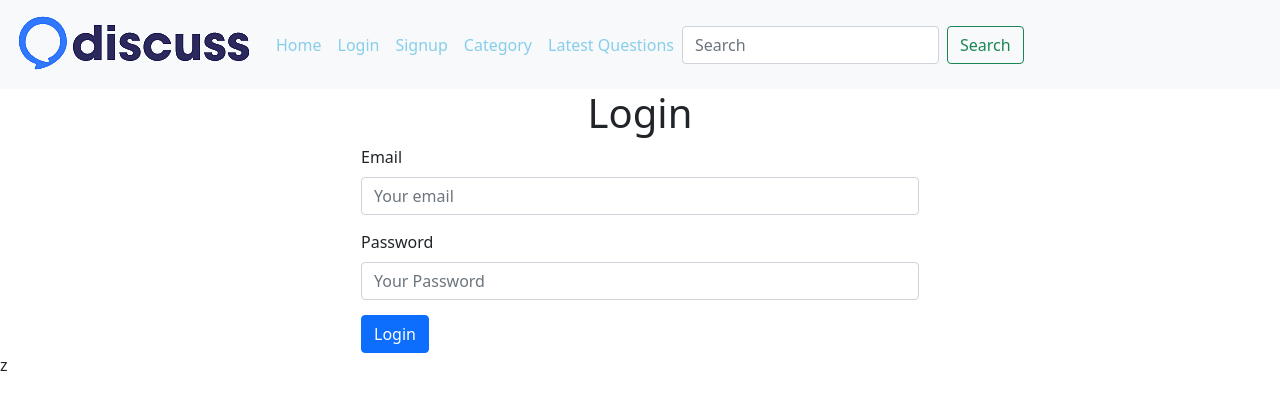
Repository: zeeShanizeeshan/php-project
Page: http://localhost/?login=true
The author's editor kept a copy of each file at every save. The page is drawn from the files as they stood at one save, then again after the next save.
The browser window is 1280 px wide. The pictures show the whole page.
The page is run by PHP 8.4 with error messages shown; the project is at /var/www/html/.

Above is the page before, as saved 2025-12-09 14:41:52.

### index.php
<!DOCTYPE html>
<html lang="en">

<head>
    <meta charset="UTF-8">
    <title>Discuss Project</title>
    <?php include('./client/commonFiles.php') ?>
</head>

<body>

    <?php
    session_start();
    include('./client/header.php');

    if (isset($_GET['signup']) && !isset($_SESSION['user'])) {
        include('./client/signup.php');
    } else if (isset($_GET['login']) && !isset($_SESSION['user'])) {
        include('./client/login.php');
    } else if (isset($_GET['ask']) && isset($_SESSION['user'])) {
        include('./client/ask.php');
    }else if (isset($_GET['q-id'])) {
        $questionid=$_GET['q-id'];
        include('./client/question-details.php');
    }else if (isset($_GET['c-id'])) {
        $cid=$_GET['c-id'];
        include('./client/questions.php');
    }else if (isset($_GET['u-id'])) {
        $uid=$_GET['u-id'];
        include('./client/questions.php');
    }else if (isset($_GET['latest'])) {
        include('./client/questions.php');
    }else{
        include('./client/questions.php');
    }
    ?>

</body>

</html>

### client/commonFiles.php
<link href="https://cdn.jsdelivr.net/npm/bootstrap@5.0.2/dist/css/bootstrap.min.css" rel="stylesheet" integrity="sha384-EVSTQN3/azprG1Anm3QDgpJLIm9Nao0Yz1ztcQTwFspd3yD65VohhpuuCOmLASjC" crossorigin="anonymous">
<script src="https://cdn.jsdelivr.net/npm/bootstrap@5.0.2/dist/js/bootstrap.bundle.min.js" integrity="sha384-MrcW6ZMFYlzcLA8Nl+NtUVF0sA7MsXsP1UyJoMp4YLEuNSfAP+JcXn/tWtIaxVXM" crossorigin="anonymous"></script>
<link rel="stylesheet" href="./public/style.css">
</link>

### client/header.php
<nav class="navbar navbar-expand-lg navbar-light bg-light">
    <div class="container-fluid">
        <a class="navbar-brand" href="#">
            <img src="./public/discusslogo.png" alt="">
        </a>
        <div class="collapse navbar-collapse" id="navbarNav">
            <ul class="navbar-nav">
                <li class="nav-item">
                    <a class="nav-link active" href="./">Home</a>
                </li>
                <?php if (isset($_SESSION['user'])) { ?>
                    <li class="nav-item">
                        <a class="nav-link" href="./server/requests.php?logout=true">Logout</a>
                    </li>
                    <li class="nav-item">
                        <a class="nav-link" href="?ask=true">Ask A Question</a>
                    </li>
                    <li class="nav-item">
                        <a class="nav-link" href="?u-id=<?php echo $_SESSION['user']['user_id'] ?>">My Questions</a>
                    </li>
                    <?php } ?>
                    <?php if (!isset($_SESSION['user'])) { ?>
                    <li class="nav-item">
                        <a class="nav-link" href="?login=true">Login</a>
                    </li>
                    <li class="nav-item">
                        <a class="nav-link" href="?signup=true">Signup</a>
                    </li>
                <?php } ?>


                <li class="nav-item">
                    <a class="nav-link" href="#">Category</a>
                </li>
                <li class="nav-item">
                    <a class="nav-link" href="?latest=true">Latest Questions</a>
                </li>
            </ul>
             <form class="d-flex">
        <input class="form-control me-2" type="search" placeholder="Search" aria-label="Search">
        <button class="btn btn-outline-success" type="submit">Search</button>
      </form>
        </div>
    </div>
</nav>

### client/login.php
<div class="container">
    <h1 class="heading">Login</h1>
    <form action="./server/requests.php" method="post">

        <div class="col-6 offset-sm-3 margin-bottom">
            <label for="email" class="form-label">Email</label>
            <input type="text" name="email" class="form-control" id="email" placeholder="Your email">
        </div>

        <div class="col-6 offset-sm-3 margin-bottom ">
            <label for="Password" class="form-label">Password</label>
            <input type="Password" name="password" class="form-control" id="Password" placeholder="Your Password">
        </div>

        <div class="col-6 offset-sm-3">
            <button type="submit" name="login" class="btn btn-primary">Login</button>

        </div>
    </form>
</div>z

### public/style.css
a{
    color: skyblue !important;
}

.heading{
 text-align: center;
}

.margin-bottom{
    margin-bottom: 15px;
}

.question-list{
    border: 1px solid black;
    padding: 15px;
    margin: 10px;
}

.question-list h4{
margin: 0;
padding: 0;
}

.question-list a,.question-title{
font-size: 18px;
text-decoration: none;
color: rgb(27, 140, 185) !important;
}

.answer-wrapper{
    border-bottom: 1px solid #686868;
    margin-bottom:10px ;
    padding: 5px;
}

After the next save:
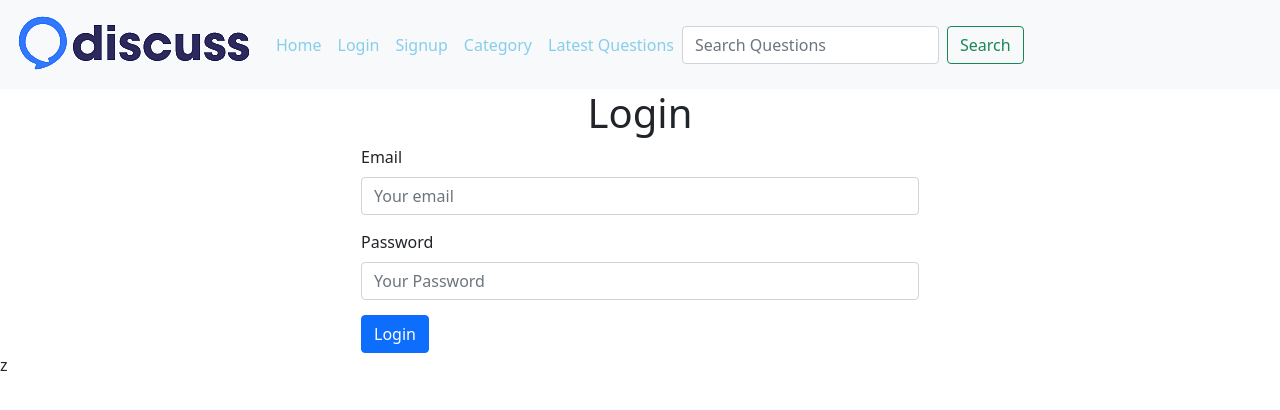
Saved 87 s later.
--- a/client/header.php
+++ b/client/header.php
@@ -36,8 +36,8 @@
                     <a class="nav-link" href="?latest=true">Latest Questions</a>
                 </li>
             </ul>
-             <form class="d-flex">
-        <input class="form-control me-2" type="search" placeholder="Search" aria-label="Search">
+             <form class="d-flex" action="">
+        <input class="form-control me-2"name="search" type="search" placeholder="Search Questions" >
         <button class="btn btn-outline-success" type="submit">Search</button>
       </form>
         </div>
